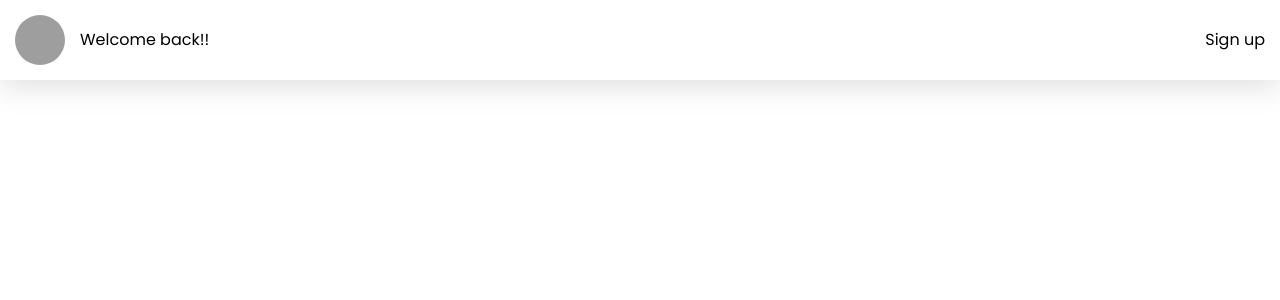
Repository: hoang0508/ReactJsDevWork
Page: /
The author's editor kept a copy of each file at every save. The page is drawn from the files as they stood at one save, then again after the next save.
The browser window is 1280 px wide. The pictures show the whole page.
Pictures or frames that could not be fetched are drawn as grey boxes. The project was rebuilt for these pictures with package versions that can differ from the ones it lists, and the page was loaded fresh each time.

Above is the page before, as saved 2022-03-07 21:22:51.

After the next save:
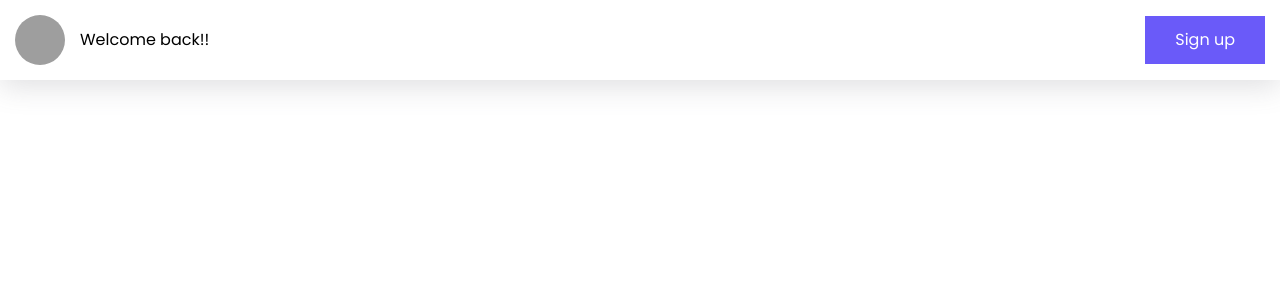
Saved 32 s later.
--- a/src/components/HeaderMain.scss
+++ b/src/components/HeaderMain.scss
@@ -22,4 +22,9 @@
       border-radius: 100rem;
     }
   }
+  &-btn {
+    padding: 12px 30px;
+    background-color: #6a5af9;
+    color: #fff;
+  }
 }
